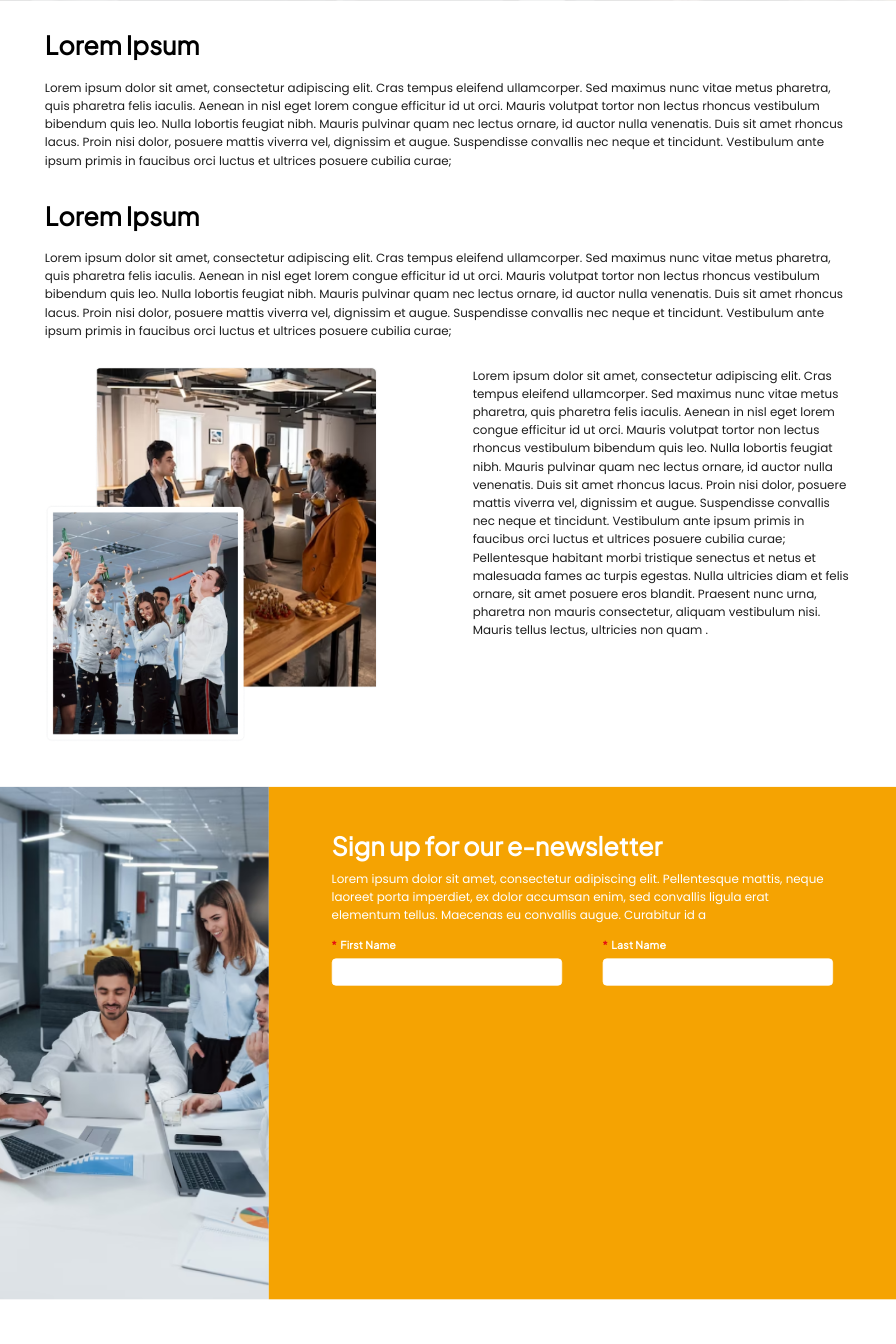
Repository: Akash8377/Hospitality-website
Page: /about-us
The author's editor kept a copy of each file at every save. The page is drawn from the files as they stood at one save, then again after the next save.
The browser window is 1280 px wide. The pictures show the part of the page from y = 683 to 2603 px (the page is 2603 px tall), at 70% of full size.
Some web libraries are served in a nearby version. The project was rebuilt for these pictures with package versions that can differ from the ones it lists, and the page was loaded fresh each time. Also part of the build but not shown: src/Component/Partial/heading-cont.js, src/Component/Shared/about-us.js, src/Component/Shared/Banner.js, src/Component/Shared/popular-jobs.js, src/Component/Sliders/ServiceSlider.js, src/Component/Sliders/ReviewSlider.js, src/Component/Partial/index-banner.js, src/Component/Partial/index-buisness-banner.js and 2 more.

Above is the page before, as saved 2023-07-07 12:11:37.

### public/index.html
<!-- @format -->

<!DOCTYPE html>
<html lang="en">
  <head>
    <meta charset="utf-8" />
    <link rel="icon" href="%PUBLIC_URL%/favicon.ico" />
    <meta name="viewport" content="width=device-width, initial-scale=1" />
    <meta name="theme-color" content="#000000" />
    <meta
      name="description"
      content="Web site created using create-react-app"
    />
    <link rel="apple-touch-icon" href="%PUBLIC_URL%/logo192.png" />
    <link rel="manifest" href="%PUBLIC_URL%/manifest.json" />

    <link rel="preconnect" href="https://fonts.googleapis.com" />
    <link rel="preconnect" href="https://fonts.gstatic.com" crossorigin />
    <link href="https://fonts.googleapis.com/css2?family=Plus+Jakarta+Sans&family=Poppins&display=swap" rel="stylesheet">
    <title>React App</title>
  </head>
  <body>
    <noscript>You need to enable JavaScript to run this app.</noscript>
    <div id="root"></div>
  </body>
  <script src="https://kit.fontawesome.com/b533b351e4.js" crossorigin="anonymous"></script>
</html>

### src/index.css
/** @format */

body {
  margin: 0;
  padding: 0;
  font-family: -apple-system, BlinkMacSystemFont, "Segoe UI", "Roboto", "Oxygen",
    "Ubuntu", "Cantarell", "Fira Sans", "Droid Sans", "Helvetica Neue",
    sans-serif;
  -webkit-font-smoothing: antialiased;
  -moz-osx-font-smoothing: grayscale;
}

code {
  font-family: source-code-pro, Menlo, Monaco, Consolas, "Courier New",
    monospace;
}

### src/App.js
import React from 'react'
import {  BrowserRouter  , Route , Routes } from 'react-router-dom'
import HomePage from './Pages/HomePage'



// Css
import './Css/Navbar.css'
import './Css/Lap.css'
import AboutUs from './Pages/AboutUs'
const App = () => {
  return (
    <>
      <BrowserRouter>
        <Routes>
            <Route path='/' element={<HomePage />} />
            <Route path='/about-us' element={<AboutUs />} />
        </Routes>
      </BrowserRouter>
    </>
  )
}

export default App

### src/Css/Navbar.css
/** @format */

.Navbar {
  display: flex;
  justify-content: space-evenly;
  box-shadow: 0px 10px 30px 0px rgba(0, 0, 0, 0.25);
  background-color: #033c59;
  padding: 20px;
  align-items: center;
}
.Navbar .main {
  width: 15%;
  text-align: center;
}
.Navbar .main a {
  text-decoration: none;
  color: #fff;
  font-size: 20px;
  font-family: Plus Jakarta Sans;
  font-style: normal;
  font-weight: 400;
  line-height: 24px;
  letter-spacing: 1px;
  margin: 0;
}

.Navbar .main img {
  display: block;
  margin: auto;
  max-width: 100%;
}
.Navbar .main div {
  border-radius: 24px;
  border: 1px solid #f3f4f6;
  background: #eee;
  padding: 8px;
  display: flex;
  justify-content: space-between;
  padding-left: 10px;
  padding-right: 10px;
}
.Navbar .main div input {
  border: none;
  background-color: transparent;
  outline: none;
  color: #6b7280;
  font-size: 14px;
  font-family: Plus Jakarta Sans;
  font-style: normal;
  font-weight: 400;
  line-height: normal;
  width: 80%;
}
.Navbar .main button {
  border-radius: 8px;
  background: #f5a302;
  width: 120px;
  padding: 10px;
  color: #fff;
  text-align: center;
  font-size: 16px;
  font-family: Plus Jakarta Sans;
  font-style: normal;
  font-weight: 800;
  line-height: normal;
  outline: none;
  border: 1px solid #f5a302;
}

.Navbar .main a:focus{
    font-weight: 700;
}

### src/Css/Lap.css
/** @format */

/* Home Page Banner */
.Banner {
  min-height: 600px;
  max-height: 800px;
  width: 100%;
  background-image: url("../../public/Image/1.png");
  background-size: cover;
  background-repeat: no-repeat;
  position: relative;
}
.Banner h2 {
  color: #fff;
  text-align: center;
  font-size: 60px;
  font-family: Plus Jakarta Sans;
  font-style: normal;
  font-weight: 700;
  line-height: 90px;
}
.Banner p {
  color: rgba(255, 255, 255, 0.7);
  text-align: center;
  font-size: 17px;
  font-family: Plus Jakarta Sans;
  font-style: normal;
  font-weight: 400;
  line-height: 28px;
}

.Banner .two_button {
  display: flex;
  justify-content: center;
  gap: 20px;
}
.Banner .two_button button {
  border-radius: 10px;
  background: #033c59;
  border: 1px solid #033c59;
  box-shadow: 0px 0px 3px 0px rgba(60, 72, 88, 0.15);
  width: 457px;
  color: #fff;
  height: 92px;
  color: #fff;
  font-size: 28px;
  font-family: Plus Jakarta Sans;
  font-style: normal;
  font-weight: 700;
  line-height: normal;
  display: flex;
  justify-content: center;
  align-items: center;
  gap: 20px;
}

.Banner .Bottom_Button {
  border-radius: 10px;
  background: #f5a302;
  box-shadow: 0px 0px 3px 0px rgba(60, 72, 88, 0.15);
  color: #fff;
  text-align: center;
  font-size: 28px;
  font-family: Plus Jakarta Sans;
  font-style: normal;
  font-weight: 700;
  border: 1px solid #f5a302;
  height: 92px;
  width: 666px;
  display: flex;
  justify-content: center;
  align-items: center;
  gap: 20px;
  margin: auto;
  margin-top: 20px;
}

.Banner .content {
  position: absolute;
  top: 50%;
  left: 50%;
  transform: translate(-50%, -50%);
}

/* -------------------------- */

/* Home Page About us Section */
.Three_Div {
  display: flex;
  justify-content: space-evenly;
  gap: 20px;
  flex-wrap: wrap;
  margin-top: 2%;
  padding: 20px;
}
.Three_Div .Item {
  width: 357.126px;
}
.Three_Div .Item .upper {
  width: 100%;
  height: 381.393px;
  position: relative;
  background-image: url("../../public/Image/2.png");
}
.Three_Div .Item .upper .head {
  color: #fff;
  text-align: center;
  font-size: 36px;
  font-family: Plus Jakarta Sans;
  font-style: normal;
  font-weight: 600;
  max-width: 100%;
  width: 100%;
  margin: auto;
  position: absolute;
  bottom: 30px;
  left: 50%;
  transform: translate(-50%);
}
.Three_Div .Item .desc {
  color: #1d1d1d;
  text-align: center;
  font-size: 14px;
  font-family: Poppins;
  font-style: normal;
  font-weight: 400;
  line-height: normal;
  margin-top: 20px;
}
.Three_Div .Item button {
  border-radius: 6px;
  border: 1px solid #f5a302;
  background: #fef6e6;
  padding: 5px 21.02px 5px 21px;
  display: block;
  margin: auto;
  color: #f5a302;
  text-align: center;
  font-size: 15px;
  font-family: Plus Jakarta Sans;
  font-style: normal;
  font-weight: 600;
  line-height: 28px;
  letter-spacing: 0.375px;
}

/* Home Page Heading Container*/
.Center_Heading {
  margin-top: 5%;
}
.Center_Heading h5 {
  color: #161c2d;
  text-align: center;
  font-size: 36px;
  font-family: Plus Jakarta Sans;
  font-style: normal;
  font-weight: 600;
  line-height: 39px;
}
.Center_Heading .desc {
  color: #1d1d1d;
  text-align: center;
  font-size: 14px;
  font-family: Poppins;
  font-style: normal;
  font-weight: 400;
  line-height: normal;
  max-width: 600px;
  margin: auto;
}

/* Home Page Popular Jobs */
.Popular_Jobs {
  padding: 20px;
}
.Popular_Jobs table {
  table-layout: fixed;
  width: 90%;
  margin: auto;
  text-align: center;
}
.Popular_Jobs table tbody td .flex-cont {
  display: flex;
  gap: 5px;
  justify-content: center;
  align-items: center;
}

.Popular_Jobs table tbody tr {
  margin-top: 30px 0 !important;
  border-radius: 4px;
  background: rgba(255, 255, 255, 0);
  box-shadow: 0px 0px 3px 0px rgba(60, 72, 88, 0.15);
  border: 1px solid rgba(255, 255, 255, 0);
}
.Popular_Jobs table tbody tr td {
  padding: 10px;
}
.Popular_Jobs table tbody td .flex-cont p {
  color: #161c2d;
  font-size: 17px;
  font-family: Plus Jakarta Sans;
  font-style: normal;
  font-weight: 600;
  line-height: 28px;
  margin: 0;
}
.Popular_Jobs table tbody td .flex-cont button {
  border-radius: 6px;
  border: 1px solid #005479;
  background: #005479;
  color: #fff;
  text-align: center;
  font-size: 15px;
  font-family: Plus Jakarta Sans;
  font-style: normal;
  font-weight: 600;
  line-height: 28px;
  letter-spacing: 0.375px;
}
.Popular_Jobs table tbody td .flex-cont i {
  color: #005479;
  width: 40px;
  height: 40px;
  border: 1px solid #005479;
  text-align: center;
  border-radius: 100%;
  background-color: rgba(3, 0, 129, 0.05);
  padding: 10px;
}
.Popular_Jobs table tbody td .flex-vertical-cont {
  display: flex;
  flex-direction: column;
}
.Popular_Jobs table tbody td .flex-vertical-cont p {
  margin: 0;
  color: #161c2d;
  font-size: 15px;
  font-family: Plus Jakarta Sans;
  font-style: normal;
  font-weight: 700;
  line-height: 28px;
}
.Popular_Jobs table tbody td .flex-vertical-cont select {
  border-radius: 6px;
  border: 1px solid #777;
  background: #eee;
  width: 164px;
  margin: auto;
  outline: none;
  color: #777;
  font-size: 14px;
  font-family: Plus Jakarta Sans;
  font-style: normal;
  font-weight: 400;
  line-height: 20px;
}
.Popular_Jobs table tbody td .flex-vertical-cont div {
  display: flex;
  gap: 5px;
  align-items: center;
  justify-content: center;
}
.Popular_Jobs table tbody td .flex-vertical-cont div p {
  color: #94a3b8;
  font-size: 15px;
  font-family: Plus Jakarta Sans;
  font-style: normal;
  font-weight: 400;
  line-height: 28px;
}
.Popular_Jobs table tbody td .flex-vertical-cont div i {
  color: #94a3b8;
}

/* Home Page Service Slider */
.Service_Slider_Container {
  position: relative;
  margin-top: 20px;
}
.Service_Slider_Container .Service_Slider .Main {
  width: 421px !important;
  height: 506px !important;
  position: relative;
  display: block !important;
  margin: auto;
}
.Service_Slider_Container .Service_Slider .Main img {
  position: absolute;
  top: 0;
  bottom: 0;
  left: 0;
  right: 0;
  z-index: -1;
}
.Service_Slider_Container .slick-arrow {
  display: none !important;
}

.Service_Slider_Container .Service_Slider .Main .head {
  color: #fff;
  text-align: center;
  font-size: 36px;
  font-family: Plus Jakarta Sans;
  font-style: normal;
  font-weight: 600;
  line-height: 28px;
  position: absolute;
  top: 50%;
  left: 50%;
  transform: translate(-50%, -50%);
  width: 100%;
}
.Service_Slider_Container .Service_Slider .Main button {
  display: flex;
  gap: 10px;
  align-items: center;
  border-radius: 6px;
  border: 1px solid #fff;
  background: #fff;
  width: 148.49px;
  height: 37.865px;
  color: #000;
  text-align: center;
  font-size: 15px;
  font-family: Plus Jakarta Sans;
  font-style: normal;
  font-weight: 600;
  line-height: 28px;
  letter-spacing: 0.375px;
  position: absolute;
  top: 70%;
  left: 50%;
  transform: translate(-50%, -50%);
  text-align: center;
  justify-content: center;
}

/* Home Page Review Slider */
.Review_Slider_Container {
  position: relative;
  margin-top: 30px;
  margin-bottom: 20px;
}
.Review_Slider_Container .Review_Slider .Main {
  width: 357px !important;
  height: 466px !important;
  position: relative;
  display: block !important;
  margin: auto;
  background: #fff;
  box-shadow: 0px 20px 40px 10px rgba(159, 159, 159, 0.15),
    0px -10px 50px 0px rgba(0, 0, 0, 0.1);
  padding: 20px;
}

.Review_Slider_Container .slick-arrow {
  display: none !important;
}
.Review_Slider_Container .Review_Slider .Main .User_Profile {
  display: flex;
  justify-content: space-between;
  max-width: 90%;
  gap: 10px;
  align-items: center;
}

.Review_Slider_Container .Review_Slider .Main .User_Profile img {
  width: 73px;
  height: 73px;
  border-radius: 100%;
}
.Review_Slider_Container .Review_Slider .Main .User_Profile p {
  margin: 0;
}

.Review_Slider_Container .Review_Slider .Main .User_Profile div .head {
  color: #000;
  font-size: 22px;
  font-family: Plus Jakarta Sans;
  font-style: normal;
  font-weight: 700;
  line-height: 39px;
}
.Review_Slider_Container .Review_Slider .Main .User_Profile div .desc {
  color: #9c9c9c;
  font-size: 15px;
  font-family: Plus Jakarta Sans;
  font-style: normal;
  font-weight: 700;
  line-height: 39px;
}

.Review_Slider_Container .Review_Slider .Main .Reviews {
  display: flex;
  align-items: center;
  justify-content: space-between;
  margin-top: 10px;
}
.Review_Slider_Container .Review_Slider .Main .Reviews div {
  display: flex;
  gap: 5px;
}
.Review_Slider_Container .Review_Slider .Main .Reviews div i {
  color: #ffc107;
  font-size: 23px;
}

.Review_Slider_Container .Review_Slider .Main .Reviews p {
  margin: 0;
  color: #9c9c9c;
  font-size: 15px;
  font-family: Plus Jakarta Sans;
  font-style: normal;
  font-weight: 700;
  line-height: 39px;
}
.Review_Slider_Container .Review_Slider .Main .content {
  text-align: left;
  margin-top: 10px;
}
.Review_Slider_Container .Review_Slider .Main .content p {
  color: #000;
  font-size: 17px;
  font-family: Plus Jakarta Sans;
  font-style: normal;
  font-weight: 400;
  line-height: 28px;
}

/* Index Two Sec Banner */
.Index_Banner_Two_Sec {
  display: flex;
  width: 90%;
  margin: auto;
  align-items: stretch;
  margin-top: 2%;
  justify-content: center;
  height: 550px;
  max-width: 1200px;
  margin-bottom: 20px;
}
.Index_Banner_Two_Sec .left {
  width: 30%;
  display: flex;
  justify-content: flex-end;
}
.Index_Banner_Two_Sec .left img {
  width: auto;
  max-height: 100%;
}

.Index_Banner_Two_Sec .right {
  width: 70%;
  background-color: #f5a302;
  position: relative;
}
.Index_Banner_Two_Sec .right .content {
  position: absolute;
  top: 50%;
  left: 50%;
  transform: translate(-50%, -50%);
  width: 90%;
  margin: auto;
}
.Index_Banner_Two_Sec .right .content h5 {
  color: #fff;
  font-family: Plus Jakarta Sans;
  font-size: 36px;
  font-style: normal;
  font-weight: 600;
  line-height: 54px;
}
.Index_Banner_Two_Sec .right .content p {
  color: #fff;
  font-family: Plus Jakarta Sans;
  font-size: 17px;
  font-style: normal;
  line-height: 28px;
}
.Index_Banner_Two_Sec .right .content ul {
  list-style: none;
  padding-left: 0;
}
.Index_Banner_Two_Sec .right .content ul li {
  display: flex;
  gap: 10px;
  align-items: center;
}
.Index_Banner_Two_Sec .right .content ul li span {
  color: #fff;
  font-family: Plus Jakarta Sans;
  font-size: 15px;
  font-style: normal;
  font-weight: 400;
  line-height: 28px;
}

/* Index Buisness Banner */
.Index_Buisness_Banner {
  display: flex;
  justify-content: space-evenly;
  width: 90%;
  margin: auto;
  margin-top: 5%;
}
.Index_Buisness_Banner .left {
  width: 50%;
  padding: 20px;
}
.Index_Buisness_Banner .left h5 {
  color: #161c2d;
  font-family: Plus Jakarta Sans;
  font-size: 36px;
  font-style: normal;
  font-weight: 600;
  line-height: 39px;
}
.Index_Buisness_Banner .left p {
  color: #1d1d1d;
  font-family: Poppins;
  font-size: 14px;
  font-style: normal;
  font-weight: 400;
  line-height: normal;
  max-width: 60%;
}
.Index_Buisness_Banner .left .Two_Sec {
  display: flex;
  justify-content: space-between;
  flex-wrap: wrap;
}

.Index_Buisness_Banner .left .Two_Sec .Main {
  width: 49%;
  border-radius: 4px;
  background: #f8fafc;
  box-shadow: 0px 0px 3px 0px rgba(60, 72, 88, 0.15);
  padding: 20px;
  display: flex;
  align-items: flex-start;
  gap: 10px;
  margin-top: 20px;
}
.Index_Buisness_Banner .left .Two_Sec .Main div {
  display: flex;
  flex-direction: column;
  width: 60%;
}
.Index_Buisness_Banner .left .Two_Sec .Main div h6 {
  color: #161c2d;
  font-family: Plus Jakarta Sans;
  font-size: 16px;
  font-style: normal;
  font-weight: 600;
  line-height: 28px;
}

.Index_Buisness_Banner .left .Two_Sec .Main div p {
  color: #005479;
  font-family: Plus Jakarta Sans;
  font-size: 14px;
  font-style: normal;
  font-weight: 400;
  line-height: 20px;
  width: 100%;
}
.Index_Buisness_Banner .left .Last_Text {
  display: flex;
  gap: 10px;
  color: #94a3b8;
  text-align: center;
  font-family: Plus Jakarta Sans;
  font-size: 15px;
  font-style: normal;
  font-weight: 600;
  line-height: 28px;
  letter-spacing: 0.375px;
  align-items: center;

  margin: 0;
  margin-top: 10px;
}
.Index_Buisness_Banner .right {
  width: 30%;
}
.Index_Buisness_Banner .right img {
  max-width: 100%;
  display: block;
  margin: auto;
}

/* Footer  */
.Footer {
  background: #f5a302;
  margin-top: 5%;
  padding-bottom: 50px;
}
.Footer .Upper_Div {
  display: flex;
  width: 90%;
  margin: auto;
  justify-content: space-between;
  padding-top: 2%;
  align-items: center;
}
.Footer .Upper_Div div {
  width: 15%;
}
.Footer .Upper_Div div p {
  margin: 0;
  color: #fff;
  font-family: Plus Jakarta Sans;
  font-size: 20px;
  font-style: normal;
  font-weight: 800;
  line-height: normal;
}
.Footer .Upper_Div div button {
  color: #fff;
  text-align: center;
  font-family: Plus Jakarta Sans;
  font-size: 16px;
  font-style: normal;
  font-weight: 800;
  border-radius: 8px;
  background: #005479;
  border: 1px solid #005479;
  width: 100%;
  padding: 10px;
  line-height: normal;
}

.Footer .Down_Div {
  display: flex;
  justify-content: space-between;
  width: 90%;
  margin: auto;
  margin-top: 40px;
}

.Footer .Down_Div .left h5 {
  color: #fff;
  font-family: Plus Jakarta Sans;
  font-size: 26px;
  font-style: normal;
  font-weight: 700;
  line-height: 39px;
}
.Footer .Down_Div .left .two_sec {
  display: flex;
  align-items: center;
  gap: 10px;
  margin-top: 30px;
}
.Footer .Down_Div .left .two_sec p {
  margin: 0;
  color: #fff;
  font-family: Plus Jakarta Sans;
  font-size: 17px;
  font-style: normal;
  font-weight: 500;
  line-height: normal;
}
.Footer .Down_Div .left .two_sec i {
  color: #fff;
  font-size: 20px;
}

.Footer .Down_Div .left .copyRight {
  color: #fff;
  font-family: Plus Jakarta Sans;
  font-size: 20px;
  margin-top: 40px;
  font-style: normal;
  font-weight: 500;
  line-height: normal;
}

/* About Us Page */
.AboutUs {
  min-height: 600px;
  max-height: 800px;
  width: 100%;
  background-image: url("../../public/Image/11.png");
  background-size: cover;
  background-repeat: no-repeat;
  position: relative;
}
.AboutUs h2 {
  color: #fff;
  text-align: center;
  font-size: 36px;
  font-family: Plus Jakarta Sans;
  font-style: normal;
  font-weight: 700;
  line-height: 90px;
}
.AboutUs p {
  color: rgba(255, 255, 255, 0.7);
  text-align: center;
  font-size: 14px;
  font-family: Plus Jakarta Sans;
  font-style: normal;
  font-weight: 400;
  line-height: 28px;
}

.AboutUs .content {
  position: absolute;
  top: 60%;
  left: 50%;
  transform: translate(-50%, -50%);
}

.About_Us-Content {
  width: 90%;
  margin: auto;
  margin-top: 3%;
}
.About_Us-Content h5 {
  color: #000;
  font-family: Plus Jakarta Sans;
  font-size: 36px;
  font-style: normal;
  font-weight: 600;
  line-height: 54px;
}
.About_Us-Content p {
  color: #1d1d1d;
  font-family: Poppins;
  font-size: 17px;
  font-style: normal;
  font-weight: 400;
  line-height: normal;
  margin-top: 20px;
}

.About_Us-two_Sec {
  display: flex;
  width: 90%;
  margin: auto;
  justify-content: space-between;
  margin-top: 3%;
}
.About_Us-two_Sec .right {
  width: 70%;
  text-align: left;
  display: flex;
  justify-content: flex-end;
}
.About_Us-two_Sec .right p {
  max-width: 80%;
  color: #1d1d1d;
  font-family: Poppins;
  font-size: 17px;
  font-style: normal;
  font-weight: 400;
  line-height: normal;
}

.About-Us_Newsletter {
  display: flex;
  align-items: stretch;
  max-height: 900px;
  margin-top: 5%;
  margin-bottom: 5%;
}
.About-Us_Newsletter .left {
  width: 30%;
}
.About-Us_Newsletter .left img {
  height: 100%;
  width: 100%;
}

.About-Us_Newsletter .right {
  background: #f5a302;
  width: 70%;
  padding-top: 5%;
}
.About-Us_Newsletter .right .content {
  width: 80%;
  margin: auto;
}
.About-Us_Newsletter .right .content h5 {
  color: #fff;
  font-family: Plus Jakarta Sans;
  font-size: 36px;
  font-style: normal;
  font-weight: 700;
  line-height: 39px;
}
.About-Us_Newsletter .right .content p {
  color: #fff;
  font-family: Poppins;
  font-size: 17px;
  font-style: normal;
  font-weight: 400;
  line-height: normal;
  margin-top: 2%;
}
.About-Us_Newsletter .right .content form {
  margin-top: 2%;
}
.About-Us_Newsletter .right .content form .Two_Inputs {
  display: flex;
  gap: 20px;
  justify-content: space-between;
  align-items: center;
}
.About-Us_Newsletter .right .content form .Two_Inputs div {
  width: 46%;
  display: flex;
  flex-direction: column;
  gap: 5px;
}
.About-Us_Newsletter .right .content form .Two_Inputs div label {
  color: #fff;
  font-family: Plus Jakarta Sans;
  font-size: 15px;
  font-style: normal;
  font-weight: 700;
  line-height: 28px;
  letter-spacing: 0.375px;
  display: flex;
  gap: 5px;
}
.About-Us_Newsletter .right .content form .Two_Inputs div label span {
  color: #e51111;
}
.About-Us_Newsletter .right .content form .Two_Inputs div input {
  border-radius: 6px;
  border: 1px solid #fff;
  background: #fff;
  width: 100%;
  padding: 5px;
  outline: none;
  font-family: Plus Jakarta Sans;
  font-size: 18px;
  font-style: normal;
}

### src/Pages/AboutUs.js
/** @format */

import React from "react";
import Navbar from "../Component/Navbar/Navbar";
import Banner from "../Component/Partial/About Us Component/Banner";
import ContentDescription from "../Component/Partial/About Us Component/content-description";
import Newsletter from "../Component/Partial/About Us Component/Newsletter";
import TwoSection from "../Component/Partial/About Us Component/two-section";

const AboutUs = () => {
  return (
    <>
      <Navbar />
      <Banner />
      <ContentDescription />
      <ContentDescription />
      <TwoSection />
      <Newsletter />
    </>
  );
};

export default AboutUs;

### src/Component/Partial/About Us Component/Newsletter.js
/** @format */

import React from "react";

const Newsletter = () => {
  return (
    <div className="About-Us_Newsletter">
      <div className="left">
        <img src="./Image/12.png" alt="" />
      </div>
      <div className="right">
        <div className="content">
          <h5>Sign up for our e-newsletter</h5>
          <p>
            Lorem ipsum dolor sit amet, consectetur adipiscing elit.
            Pellentesque mattis, neque laoreet porta imperdiet, ex dolor
            accumsan enim, sed convallis ligula erat elementum tellus. Maecenas
            eu convallis augue. Curabitur id a
          </p>

          <form>
            <div className="Two_Inputs">
              <div>
                <label><span>*</span>First Name</label>
                <input type="text" />
              </div>
              <div>
                <label><span>*</span>Last Name</label>
                <input type="text" />
              </div>
            </div>
          </form>
        </div>
      </div>
    </div>
  );
};

export default Newsletter;

Loaded but not shown: src/index.js (common file); src/Component/Partial/About Us Component/two-section.js (33 lines, source omitted); src/Component/Partial/About Us Component/Banner.js (18 lines, source omitted); src/Component/Navbar/Navbar.js (45 lines, source omitted); src/Component/Partial/About Us Component/content-description.js (12 lines, source omitted)

After the next save:
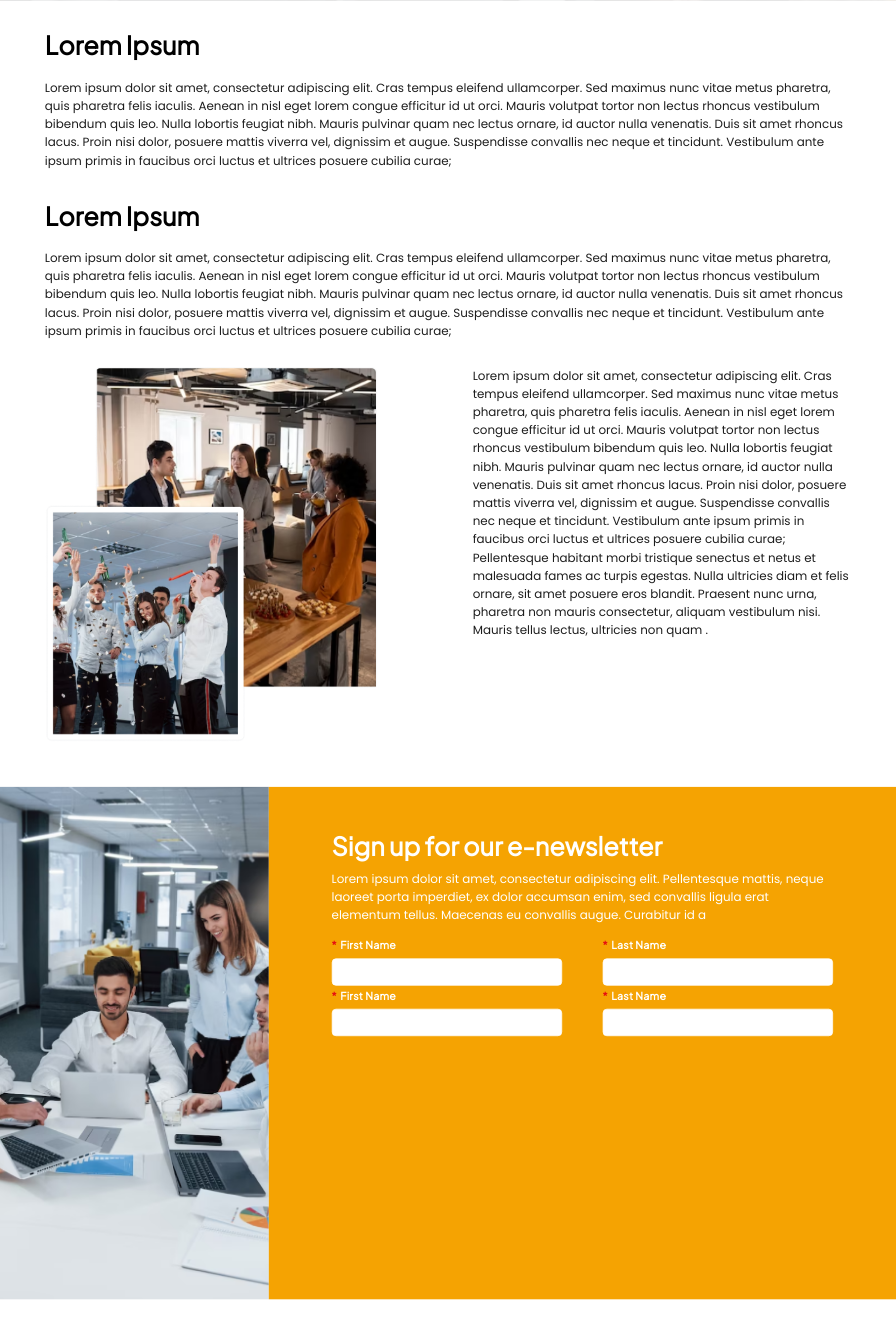
Saved 14 s later.
--- a/src/Component/Partial/About Us Component/Newsletter.js
+++ b/src/Component/Partial/About Us Component/Newsletter.js
@@ -29,6 +29,16 @@ const Newsletter = () => {
                 <input type="text" />
               </div>
             </div>
+            <div className="Two_Inputs">
+              <div>
+                <label><span>*</span>First Name</label>
+                <input type="text" />
+              </div>
+              <div>
+                <label><span>*</span>Last Name</label>
+                <input type="text" />
+              </div>
+            </div>
           </form>
         </div>
       </div>
